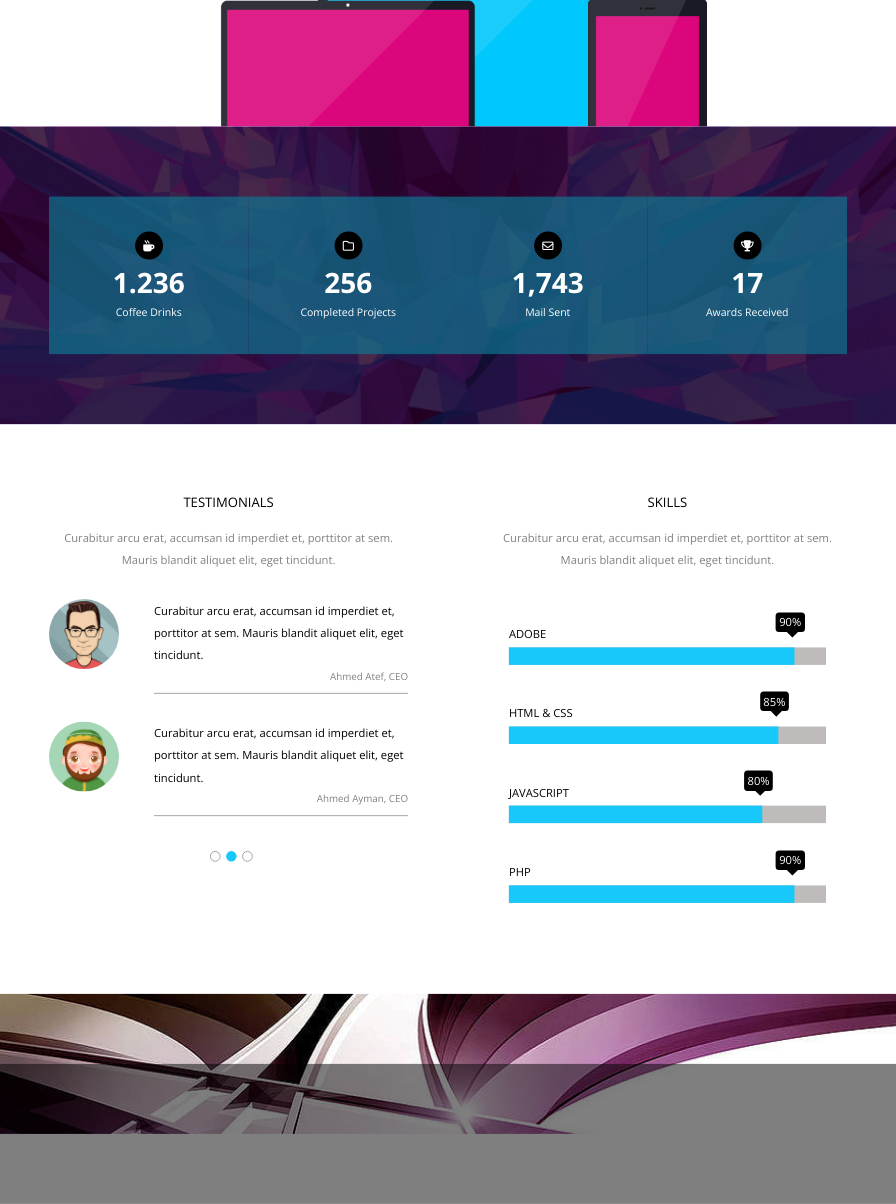
Repository: Ahmed123rezk123/Template_2
Page: index.html
An editor plug-in stored every save of this project. The page is shown before and after the next save, followed by the edit.
The browser window is 1280 px wide. The pictures show the part of the page from y = 4447 to 6367 px (the page is 6167 px tall before and 6367 px after), at 70% of full size.
A picture or video elsewhere on the page could not be fetched, so the positions and the page height are approximate. Some web fonts or font styles are not loaded; a fallback is used.

Above is the page before, as saved 2024-04-15 19:25:38.

After the next save:
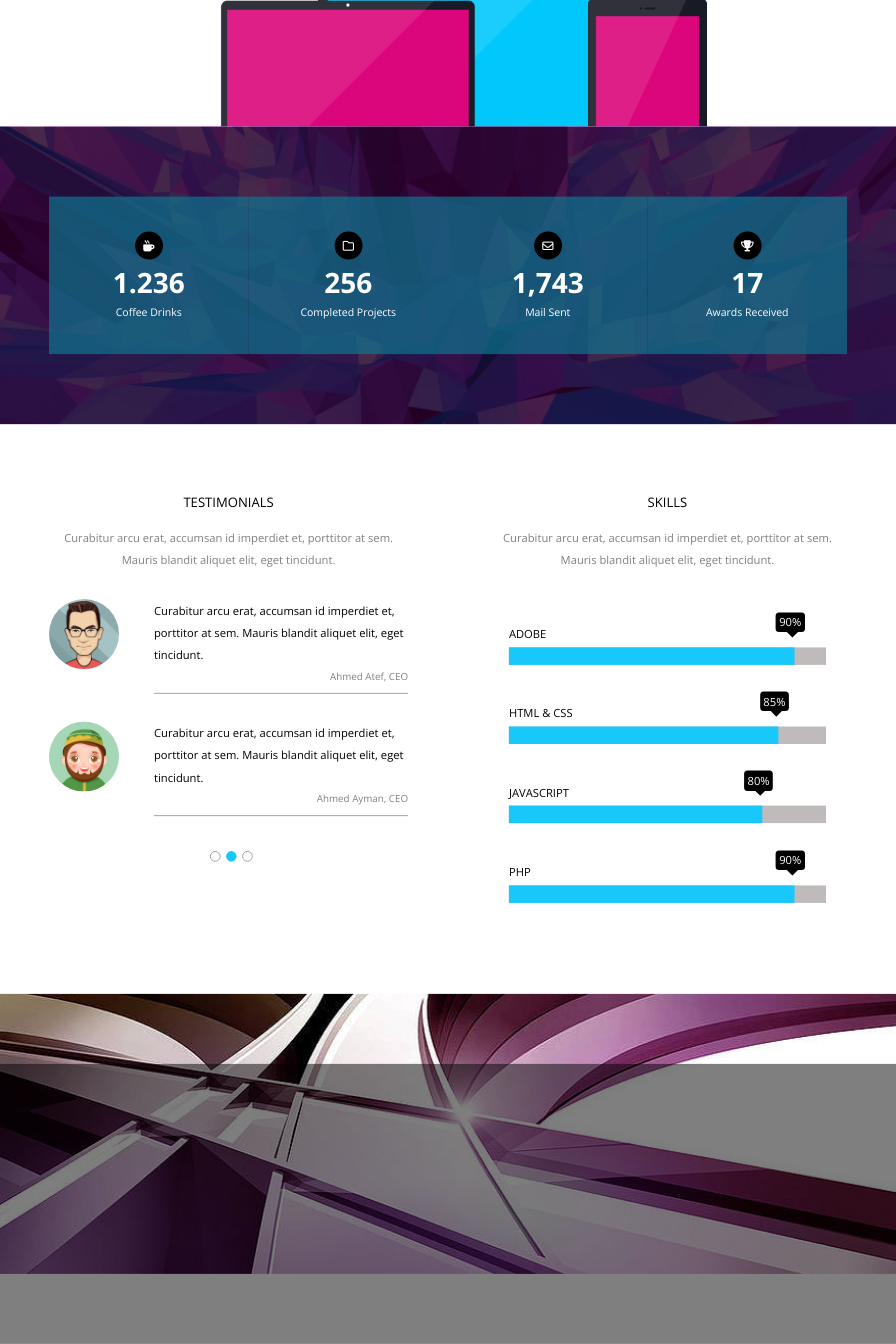
Saved 10 s later.
--- a/css/kasper.css
+++ b/css/kasper.css
@@ -799,6 +799,7 @@ margin-right: 50px;
 background-image: url(/images/quote.jpg);
 background-size: cover;
 position: relative;
+height: 400px;
 }
 .quote .container {
     position: absolute;
